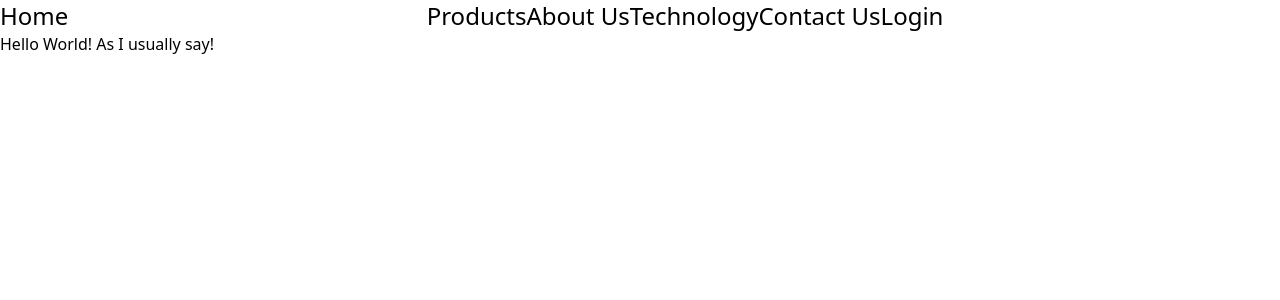
Repository: thasquirrie/fanmanagement
Page: / (app in frontend/)
These files come from the project's save history. The page is drawn as it stood at one moment and after the next save; the edit follows.
The browser window is 1280 px wide. The pictures show the whole page.
The project was rebuilt for these pictures with package versions that can differ from the ones it lists, and the page was loaded fresh each time. A package was used in the major version that the imports need, not the one package.json lists. Also part of the build but not shown: frontend/craco.config.js, frontend/src/App.css.

Above is the page before, as saved 2021-05-24 17:05:10.

After the next save:
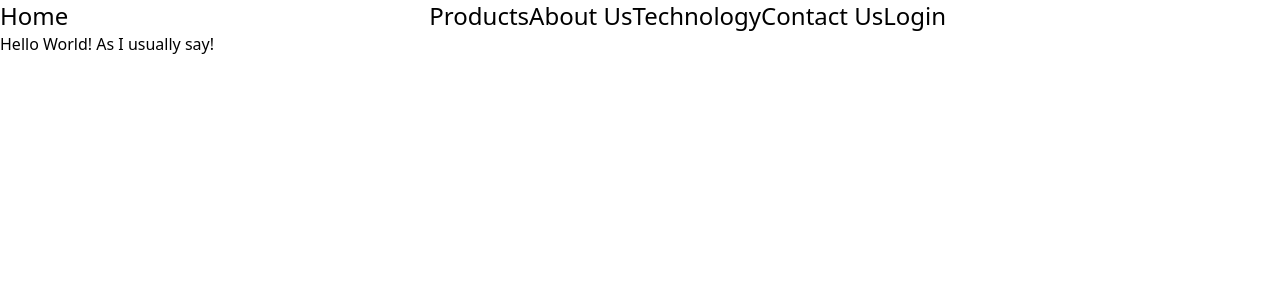
Saved 47 s later.
--- a/frontend/src/components/Header.jsx
+++ b/frontend/src/components/Header.jsx
@@ -3,11 +3,11 @@
 
 const Header = () => {
  return (
-  <nav className='grid grid-cols-6 text-2xl'>
+  <nav className='grid grid-cols-6 gap-2 text-2xl'>
    <div className='col-span-2'>
     <NavLink to='/'>Home</NavLink>
    </div>
-   <div className='col-span-4 gap-2'>
+   <div className='col-span-4'>
     <NavLink to='/products'>Products</NavLink>
     <NavLink to='/about'>About Us</NavLink>
     <NavLink to='/technology'>Technology</NavLink>

After the save that followed:
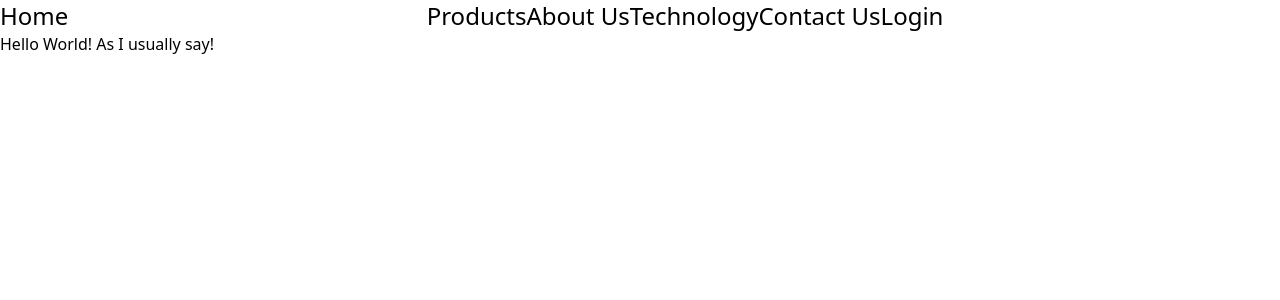
Saved 65 s later.
--- a/frontend/src/components/Header.jsx
+++ b/frontend/src/components/Header.jsx
@@ -3,11 +3,11 @@
 
 const Header = () => {
  return (
-  <nav className='grid grid-cols-6 gap-2 text-2xl'>
+  <nav className='grid grid-cols-6 text-2xl'>
    <div className='col-span-2'>
     <NavLink to='/'>Home</NavLink>
    </div>
-   <div className='col-span-4'>
+   <div className='col-span-4 gap-y-2'>
     <NavLink to='/products'>Products</NavLink>
     <NavLink to='/about'>About Us</NavLink>
     <NavLink to='/technology'>Technology</NavLink>
